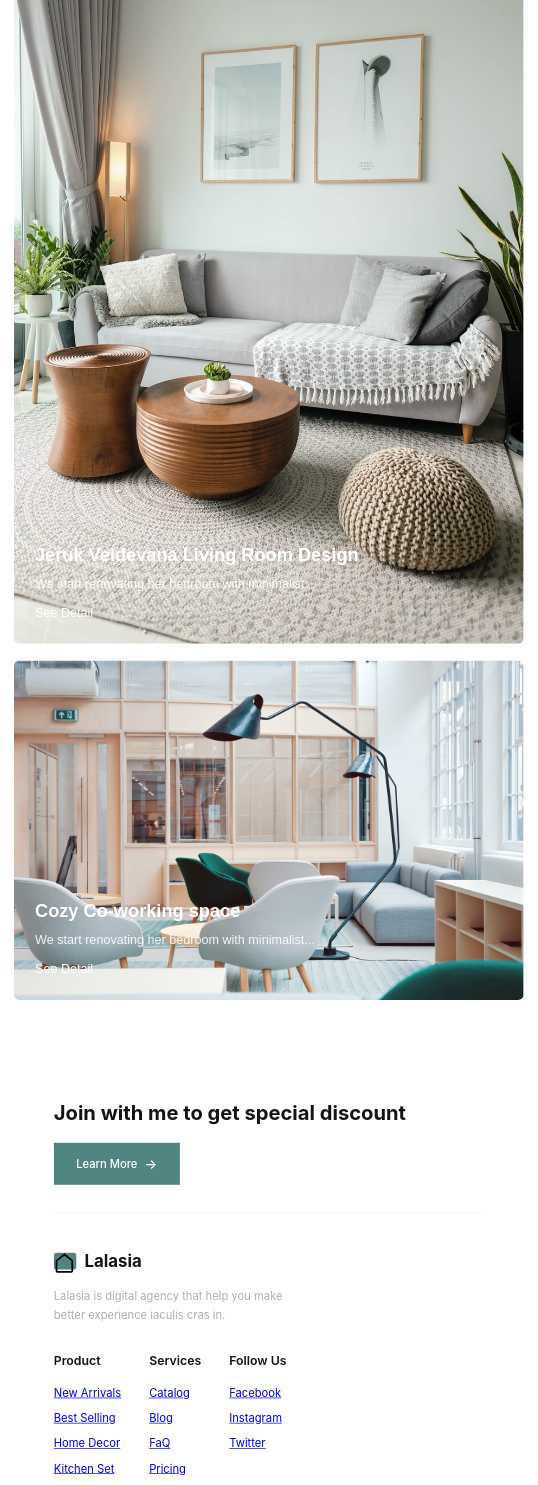
Repository: archis-academy/december-frontend-lalasia-2025
Page: /services
These files come from the project's save history. The page is drawn as it stood at one moment and after the next save; the edit follows.
The browser window is 768 px wide. The pictures show the part of the page from y = 1181 to 3421 px (the page is 3303 px tall before and 3421 px after), at 70% of full size.
Some web fonts or font styles are not loaded; a fallback is used. The project was rebuilt for these pictures with package versions that can differ from the ones it lists, and the page was loaded fresh each time. Also part of the build but not shown: vite.config.ts, src/components/welcome/benefits.scss, src/components/welcome/benefitsd.tsx, src/components/Article/Article.module.scss, src/components/Article/ArticleCard.module.scss, src/components/CustomButton/CustomButton.tsx, src/components/Arrow/Arrow.tsx, src/components/Article/ArticleCard.tsx and 19 more.

Above is the page before, as saved 2026-01-27 00:09:23.

After the next save:
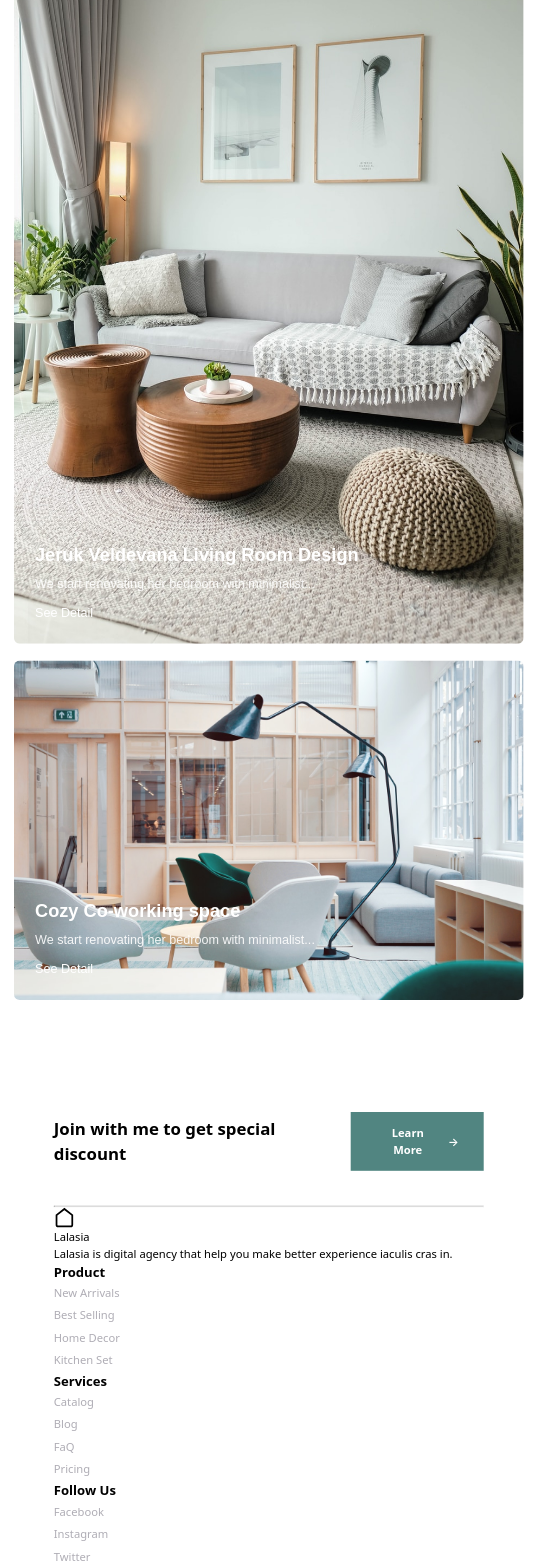
Saved 36 s later.
--- a/src/components/Footer/Footer.scss
+++ b/src/components/Footer/Footer.scss
@@ -1,146 +1,69 @@
 $primary-green: #518581;
 $text-dark: #151411;
 $text-gray: #afadb5;
-$bg-white: #ffffff;
 
 .footer-container {
-  padding: 60px 10%;
-  background-color: $bg-white;
-  font-family: 'Inter', sans-serif; // Tasarıma uygun bir font
+  padding: 80px 10%;
 
-  // CTA Bölümü
   .cta-section {
     display: flex;
     justify-content: space-between;
     align-items: center;
-    margin-bottom: 40px;
-
-    .cta-title {
-      font-size: 2.5rem;
-      font-weight: 700;
-      color: $text-dark;
-      margin: 0;
-      max-width: 600px;
-    }
+    margin-bottom: 50px;
 
     .cta-button {
       background-color: $primary-green;
       color: white;
       border: none;
-      padding: 16px 32px;
+      padding: 18px 36px;
       font-size: 1rem;
-      font-weight: 500;
+      font-weight: 600;
       cursor: pointer;
       display: flex;
       align-items: center;
-      transition: background-color 0.3s ease;
+      transition: all 0.2s cubic-bezier(0.4, 0, 0.2, 1);
+      outline: none;
 
       .arrow {
-        margin-left: 10px;
-        font-size: 1.2rem;
+        margin-left: 12px;
+        transition: transform 0.2s ease;
       }
 
+      // Hover Durumu (Üzerine gelince)
       &:hover {
-        background-color: darken($primary-green, 10%);
+        background-color: darken($primary-green, 8%);
+        box-shadow: 0 4px 15px rgba(81, 133, 129, 0.3);
+
+        .arrow {
+          transform: translateX(5px); // Ok sağa kaysın
+        }
+      }
+
+      // Active Durumu (Tıklandığı an)
+      &:active {
+        transform: scale(0.96); // Hafif içe çökme efekti
       }
     }
   }
 
-  .divider {
-    border: none;
-    border-top: 1px solid #eeeeee;
-    margin-bottom: 50px;
-  }
+  .footer-content {
+    .links-section {
+      ul {
+        list-style: none;
+        padding: 0;
 
-  // Alt Linkler Bölümü
-  .footer-content {
-    display: flex;
-    justify-content: space-between;
-    gap: 40px;
+        li a {
+          text-decoration: none;
+          color: $text-gray;
+          transition: color 0.2s;
+          display: inline-block;
+          padding: 4px 0;
 
-    .brand-section {
-      flex: 1;
-      max-width: 350px;
-
-      .logo-wrapper {
-        display: flex;
-        align-items: center;
-        gap: 12px;
-        margin-bottom: 20px;
-
-        .logo-icon {
-          width: 32px;
-          height: 24px;
-          background-color: $primary-green; // Görseldeki logo rengi
-          border-radius: 4px;
-          // Buraya gerçek SVG logonu mask olarak ekleyebilirsin
-        }
-
-        .brand-name {
-          font-size: 1.5rem;
-          font-weight: 700;
-          color: $text-dark;
-        }
-      }
-
-      .brand-description {
-        color: $text-gray;
-        line-height: 1.6;
-        font-size: 1rem;
-      }
-    }
-
-    .links-section {
-      display: flex;
-      gap: 80px;
-
-      .link-column {
-        h3 {
-          font-size: 1.1rem;
-          font-weight: 600;
-          color: $text-dark;
-          margin-bottom: 20px;
-        }
-
-        ul {
-          list-style: none;
-          padding: 0;
-          margin: 0;
-
-          li {
-            color: $text-gray;
-            margin-bottom: 12px;
-            cursor: pointer;
-            transition: color 0.2s;
-
-            &:hover {
-              color: $primary-green;
-            }
+          &:hover {
+            color: $primary-green;
           }
         }
       }
     }
   }
 }
-
-// Mobil Uyumluluk (Responsive)
-@media (max-width: 768px) {
-  .footer-container {
-    .cta-section {
-      flex-direction: column;
-      align-items: flex-start;
-      gap: 20px;
-
-      .cta-title { font-size: 1.8rem; }
-    }
-
-    .footer-content {
-      flex-direction: column;
-
-      .links-section {
-        flex-wrap: wrap;
-        gap: 40px;
-      }
-    }
-  }
-}
